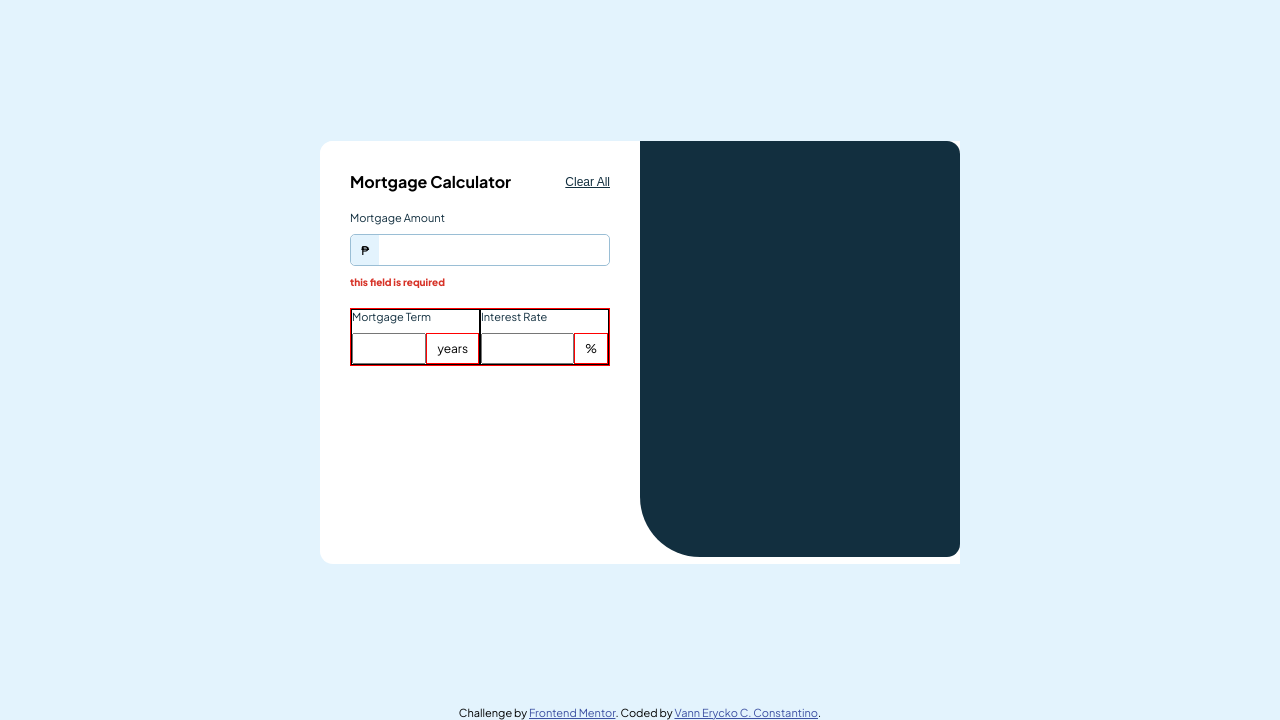
Repository: kocokoy/mortgage-repayment-calculator
Page: index.html
An editor plug-in stored every save of this project. The page is shown before and after the next save, followed by the edit.
The browser window is 1280 px wide. The pictures show the whole page.

Above is the page before, as saved 2024-10-29 13:45:14.

After the next save:
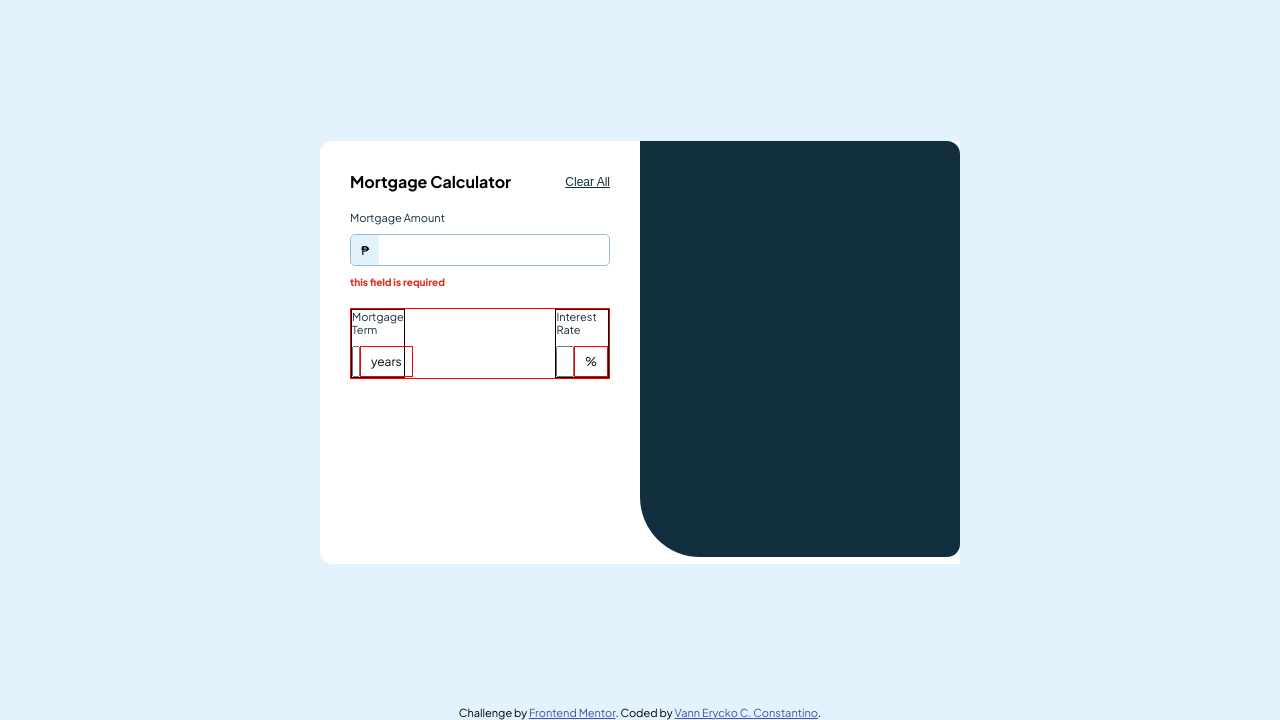
Saved 4 s later.
--- a/styles/style.css
+++ b/styles/style.css
@@ -150,7 +150,7 @@ padding: 30px;
 }
 .mortgage-calculator-term-section{
   border: 1px solid black;
-  width: 50%;
+  width: 20%;
 }
 .mortgage-calculator-term-section p{
   margin: 0;
